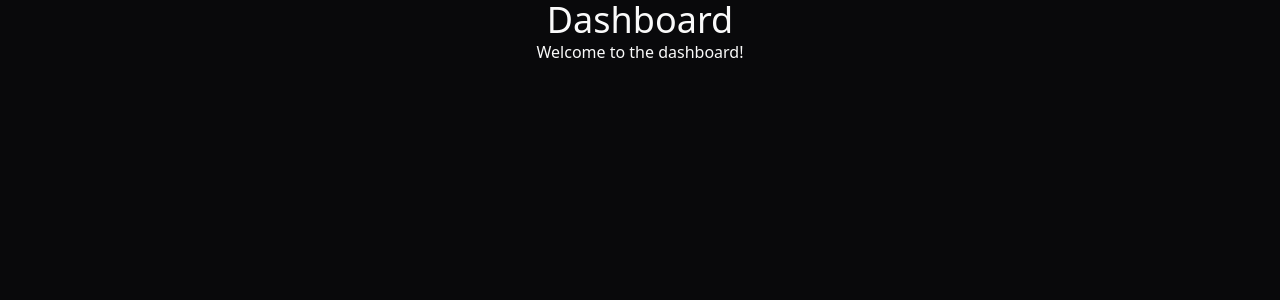
Repository: svoglimacci/recipe-app-tmp
Page: /app
An editor plug-in stored every save of this project. The page is shown before and after the next save, followed by the edit.
The browser window is 1280 px wide. The pictures show the whole page.
The project was rebuilt for these pictures with package versions that can differ from the ones it lists, and the page was loaded fresh each time. Also part of the build but not shown: vite.config.ts, src/components/Recipe.tsx, src/components/RecipeList.tsx, src/components/RecipeCard.tsx, src/views/Login.tsx, src/views/Landing.tsx, src/views/Home.tsx.

Above is the page before, as saved 2024-01-30 13:46:48.

After the next save:
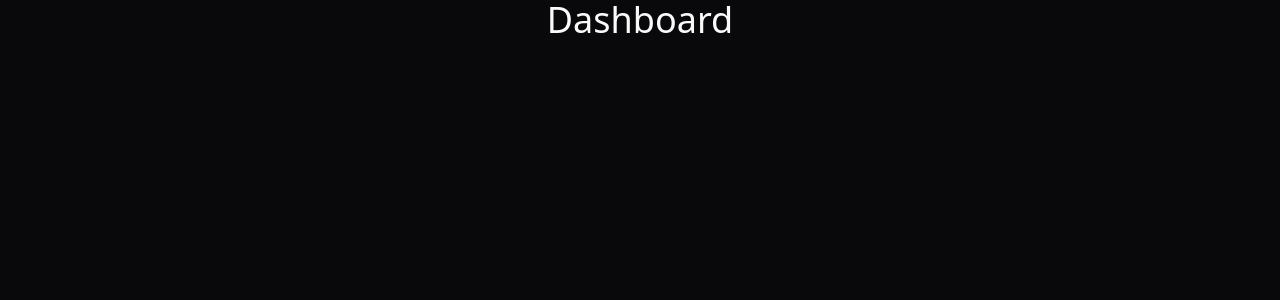
Saved 22 s later.
--- a/src/views/Dashboard.tsx
+++ b/src/views/Dashboard.tsx
@@ -11,7 +11,6 @@ function Dashboard() {
       <Nav />
       <main className="flex flex-col items-center justify-center">
         <h1 className="text-4xl text-primary">Dashboard</h1>
-        <p className="text-primary">Welcome to the dashboard!</p>
       </main>
       </div>
     </div>
